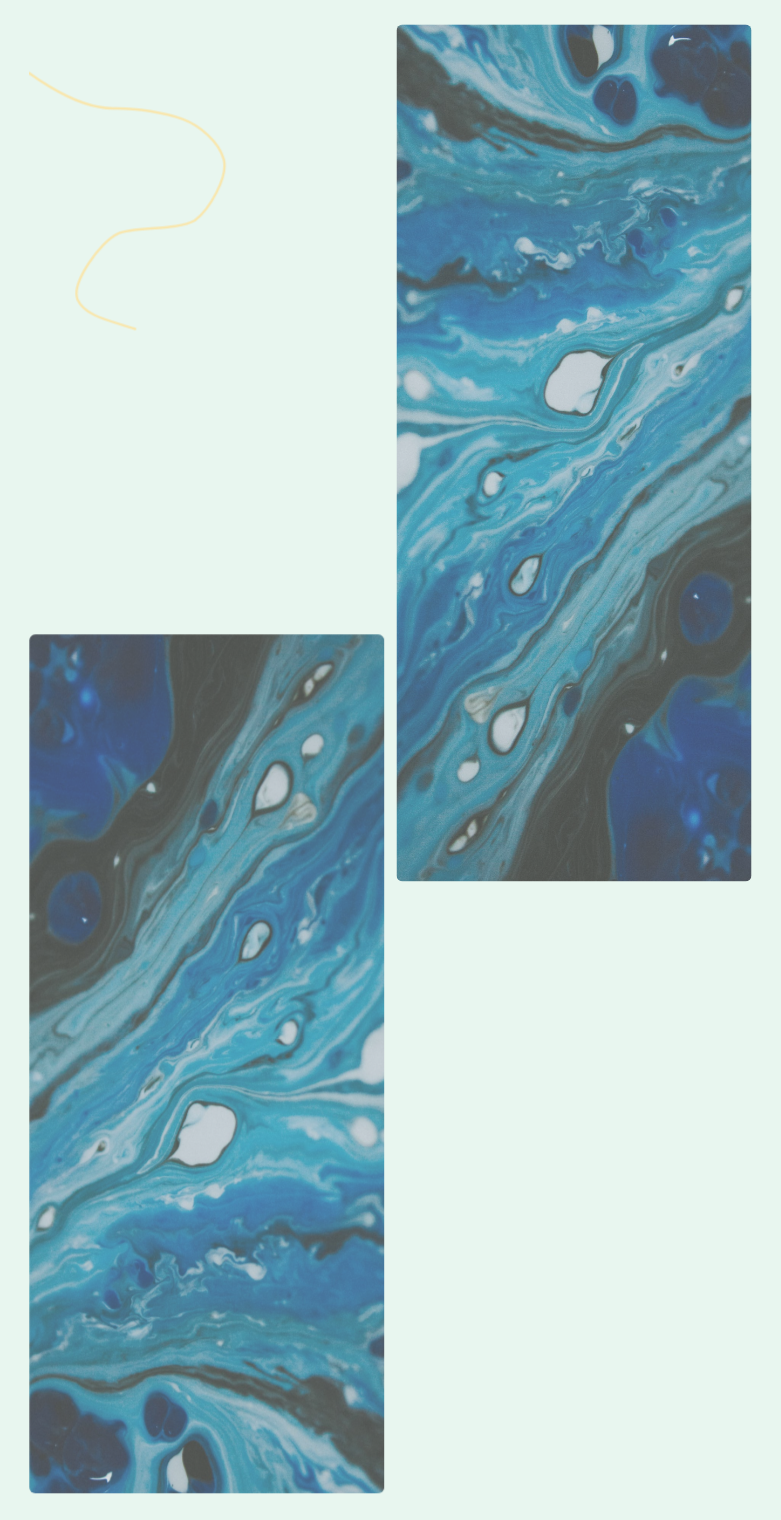
Repository: neomort/comm-lab-vid-site
Page: index.html
The author's editor kept a copy of each file at every save. The page is drawn from the files as they stood at one save, then again after the next save.
The browser window is 1280 px wide. The pictures show the whole page, at 61% of full size.
Some web libraries are served in a nearby version.

Above is the page before, as saved 2021-09-23 03:47:15.

After the next save:
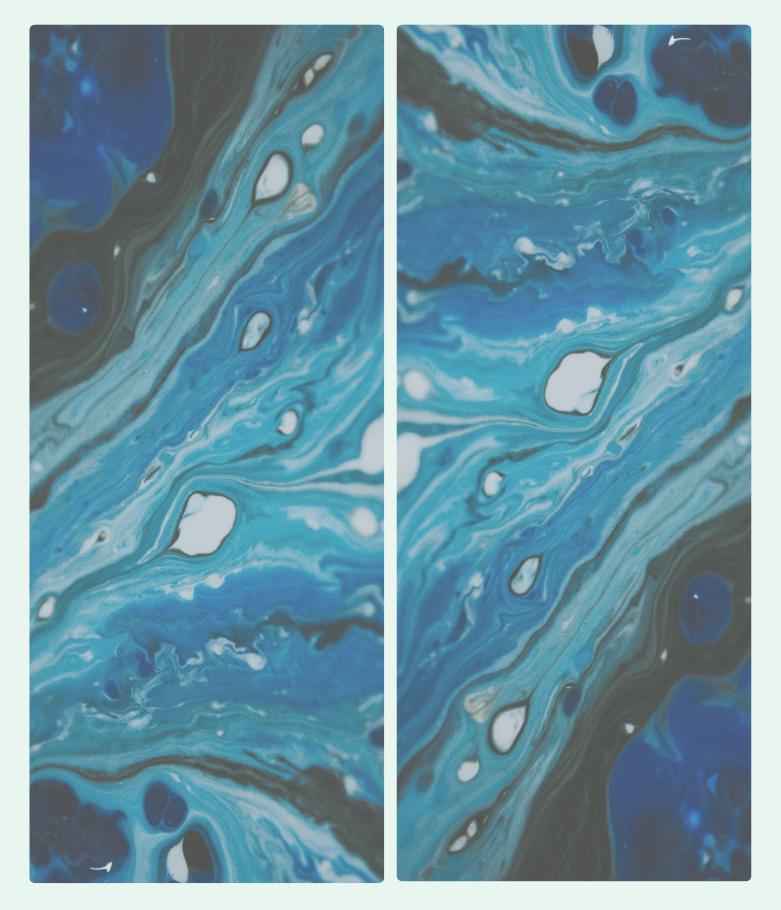
Saved 38 s later.
--- a/index.html
+++ b/index.html
@@ -15,7 +15,7 @@
       <div class="row">
         <a href="watch.html">
          <div class="column container">
-          <div id="Connectline1_lottie_container"></div>
+          <div class="font centered-text text-light show"> id="Connectline1_lottie_container"></div>
           <img class="image-1" src="images/Rectangle 20.png" />
           <H1 class="font centered-text text-light show">Watch</H1>
         </div>
